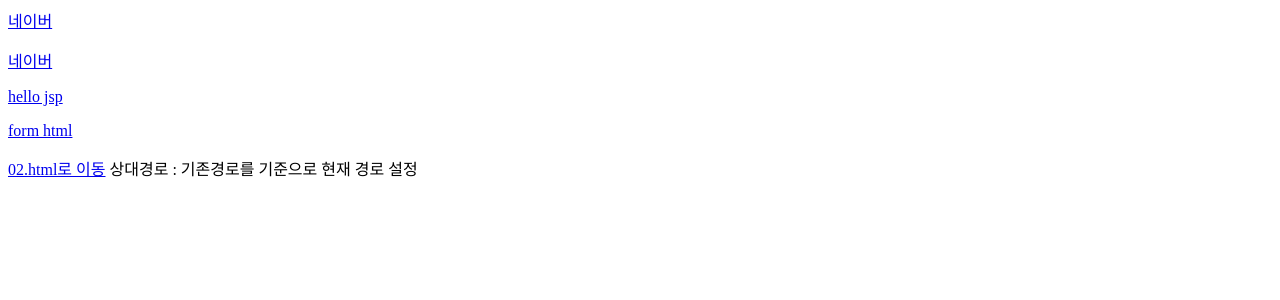
Repository: DrakeJU/eclipse-workspace
Page: Web/WebContent/atag.html
An editor plug-in stored every save of this project. The page is shown before and after the next save, followed by the edit.
The browser window is 1280 px wide. The pictures show the whole page.

Above is the page before, as saved 2017-10-16 01:08:47.

After the next save:
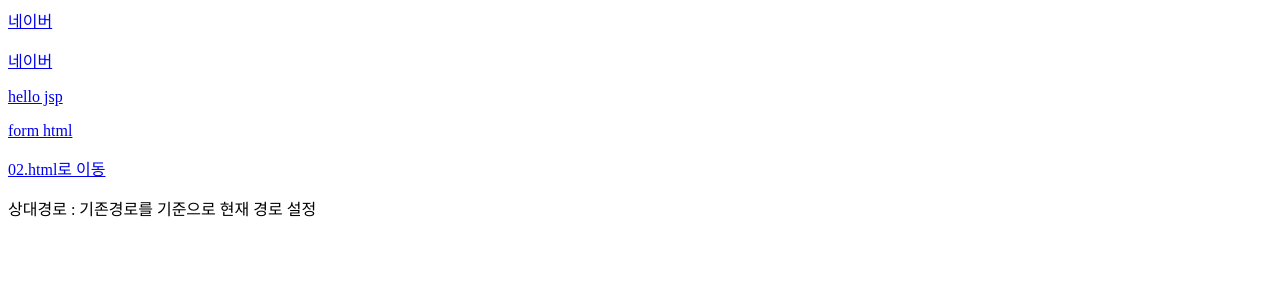
Saved 17 s later.
--- a/Web/WebContent/atag.html
+++ b/Web/WebContent/atag.html
@@ -14,7 +14,7 @@
 
 	<a href = "./01/Form.html" target = "_self">form html</a><p>
 
-	<a href = "./02/02.html">02.html로 이동</a>
+	<a href = "./02/02.html">02.html로 이동</a><p>
 
 	상대경로 : 기존경로를 기준으로 현재 경로 설정
 
